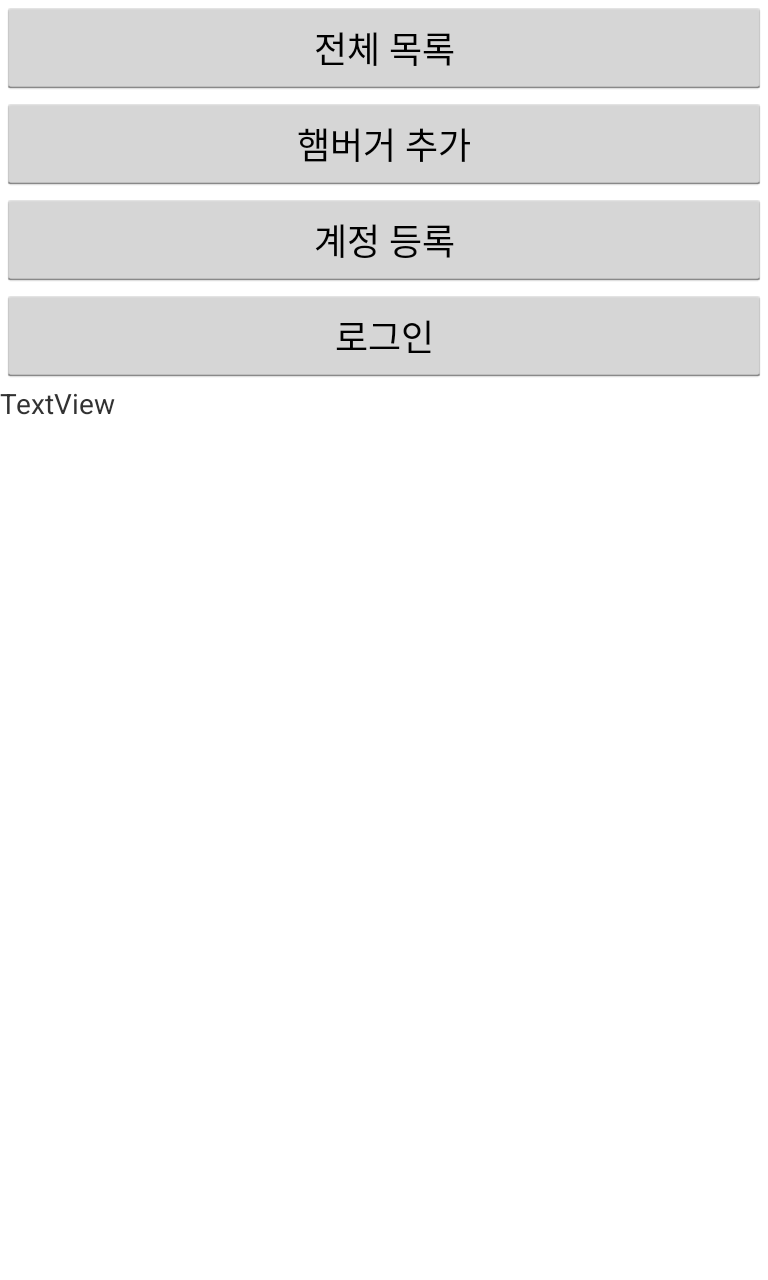
Repository: OnionLord/BurgerWIKI
Layout: burgerDicApp/BurgerDictionary/res/layout/actmain.xml
An editor plug-in stored every save of this project. The layout is shown before and after the next save, followed by the edit.
It is drawn on a 768 x 1280 px phone screen (xhdpi) without system bars, with theme AppTheme; the app's code is not run.

Above is the layout before, as saved 2014-11-06 13:49:16.

### burgerDicApp/BurgerDictionary/res/layout/actmain.xml
<LinearLayout xmlns:android="http://schemas.android.com/apk/res/android"
    android:layout_width="fill_parent"
    android:layout_height="fill_parent"
    android:orientation="vertical" >

    <Button
        android:id="@+id/main_btn1"
        android:layout_width="fill_parent"
        android:layout_height="wrap_content"
        android:onClick="onClickButton"
        android:text="전체 목록" />

    <Button
        android:id="@+id/main_btn2"
        android:layout_width="fill_parent"
        android:layout_height="wrap_content"
        android:onClick="onClickButton"
        android:text="햄버거 추가" />
    <Button
        android:id="@+id/main_btn3"
        android:layout_width="fill_parent"
        android:layout_height="wrap_content"
        android:onClick="onClickButton"
        android:text="계정 등록" />
    <Button
        android:id="@+id/main_btn4"
        android:layout_width="fill_parent"
        android:layout_height="wrap_content"
        android:onClick="onClickButton"
        android:text="로그인" />

    <TextView
        android:id="@+id/main_test"
        android:layout_width="wrap_content"
        android:layout_height="wrap_content"
        android:text="TextView" />

</LinearLayout>

Loaded but not shown: burgerDicApp/BurgerDictionary/res/values/styles.xml (common file); burgerDicApp/BurgerDictionary/res/values-v11/styles.xml (common file); burgerDicApp/BurgerDictionary/res/values-v14/styles.xml (common file)

After the next save:
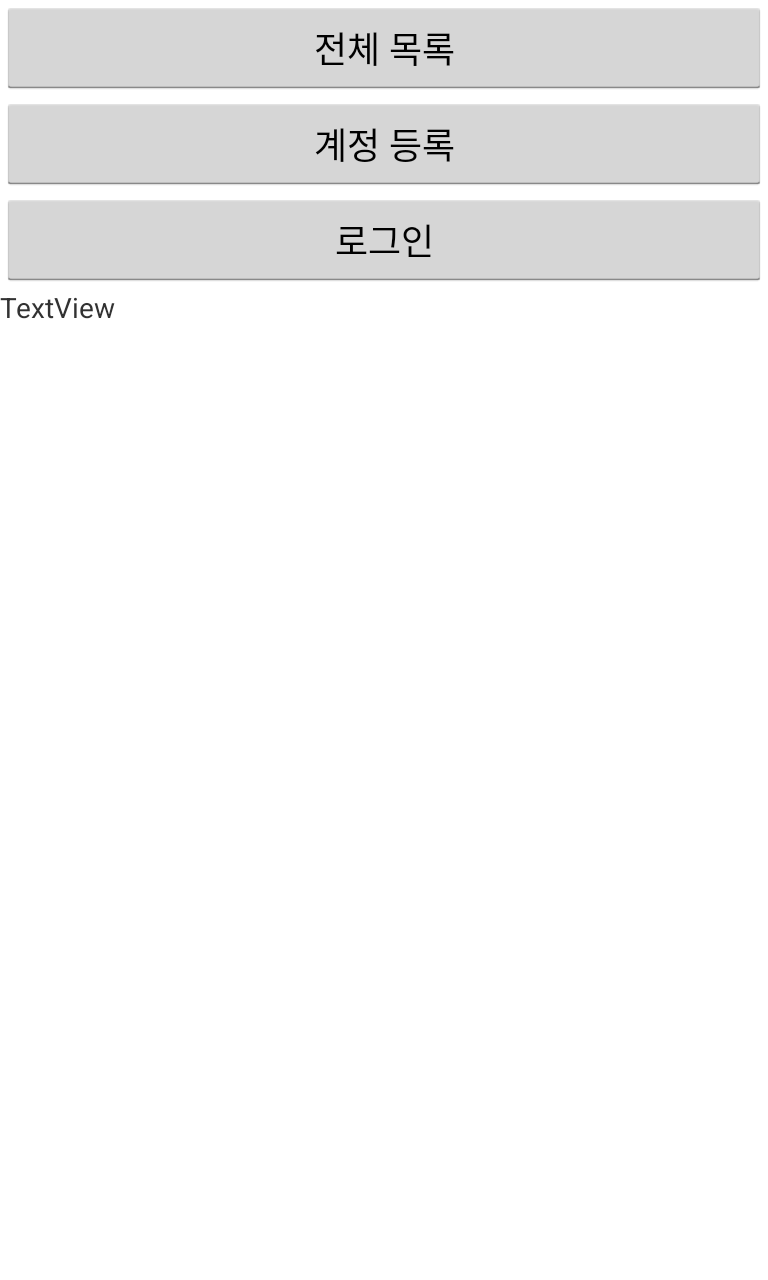
Saved 15 s later.
--- a/burgerDicApp/BurgerDictionary/res/layout/actmain.xml
+++ b/burgerDicApp/BurgerDictionary/res/layout/actmain.xml
@@ -10,12 +10,6 @@
         android:onClick="onClickButton"
         android:text="전체 목록" />
 
-    <Button
-        android:id="@+id/main_btn2"
-        android:layout_width="fill_parent"
-        android:layout_height="wrap_content"
-        android:onClick="onClickButton"
-        android:text="햄버거 추가" />
     <Button
         android:id="@+id/main_btn3"
         android:layout_width="fill_parent"
